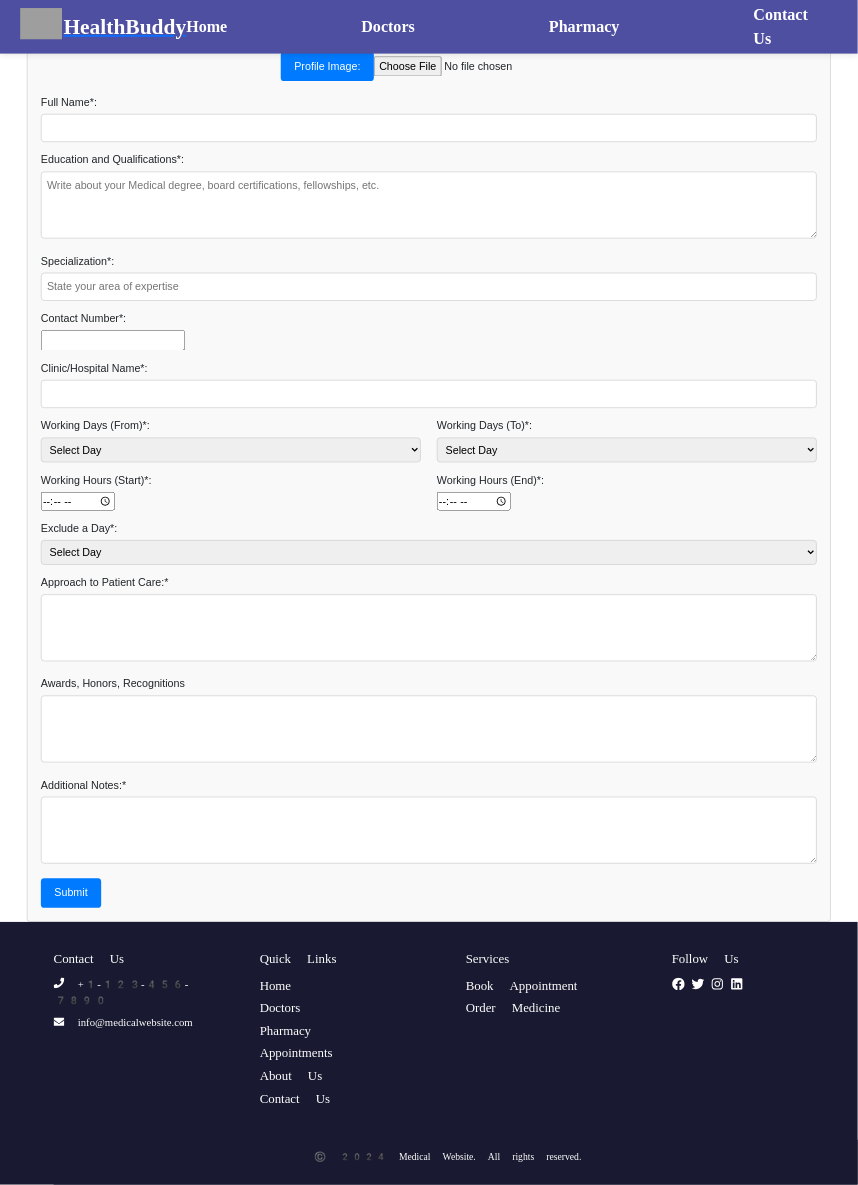
Repository: WajihaGul/MedicalApp-Frontend
Page: /ViewDoctorProfile
These files come from the project's save history. The page is drawn as it stood at one moment and after the next save; the edit follows.
The browser window is 1280 px wide. The pictures show the whole page, at 67% of full size.
Pictures or frames that could not be fetched are drawn as grey boxes. The project was rebuilt for these pictures with package versions that can differ from the ones it lists, and the page was loaded fresh each time. Also part of the build but not shown: vite.config.js, src/index.css, src/App.css, src/Components/Accomplishments/Accomplishments.module.css, src/Components/Accomplishments/Accomplishments.jsx, src/Components/Experience/Experience.module.css, src/Components/Experience/Experience.jsx, src/Components/LandingPage/LandingPage.module.css and 47 more.

Above is the page before, as saved 2024-06-09 14:23:23.

### public/index.html
<!DOCTYPE html>
<html lang="en">
  <head>
    <meta charset="utf-8" />
    <link rel="icon" href="%PUBLIC_URL%/favicon.ico" />
    <meta name="viewport" content="width=device-width, initial-scale=1" />
    <meta name="theme-color" content="#000000" />
    <meta
      name="description"
      content="Web site created using create-react-app"
    />
    <link rel="apple-touch-icon" href="%PUBLIC_URL%/logo192.png" />

    <link rel="manifest" href="%PUBLIC_URL%/manifest.json" />

    <title>Health Buddy</title>

    <!-- Bootstrap CSS -->

    <link href="https://cdn.jsdelivr.net/npm/bootstrap@5.3.3/dist/css/bootstrap.min.css" rel="stylesheet">
  </head>
  <body>
    <noscript>You need to enable JavaScript to run this app.</noscript>
    <div id="root"></div>

  </body>
</html>

### src/index.js
import React from "react";
import ReactDOM from "react-dom/client";
import "./index.css";
import "bootstrap/dist/css/bootstrap.min.css";
import { Auth0Provider } from "@auth0/auth0-react";
import App from "./App";

const root = ReactDOM.createRoot(document.getElementById("root"));
root.render(
  <Auth0Provider
    domain="dev-0g3c3dxmqjxyqw2c.us.auth0.com"
    clientId="oMzUGa6dYetqfOyrTVNkJyeCd189p4oL"
    authorizationParams={{
      redirect_uri: window.location.origin,
    }}
  >
    <App />
  </Auth0Provider>
);

### src/Components/Layout/Layout.jsx
import React from "react";
import Navbar from "../NavigationBar/Navbar";
import Footer from "../Footer/Footer";

const Layout = ({ children }) => {
  return (
    <div>
      <Navbar />
      <main>{children}</main>
      <Footer />
    </div>
  );
};

export default Layout;

### src/Pages/ViewDoctorProfile.jsx
import DoctorProfile from "../Components/DoctorProfile/DoctorProfile";
// import DoctorProfile from "../Components/DoctorProfile/DoctorProfile";

const ViewDoctorProfile = () => {
  return <DoctorProfile />;
};
export default ViewDoctorProfile;

### src/Components/NavigationBar/Navbar.jsx
import styles from "./Navbar.module.css";
import { useAuth0 } from "@auth0/auth0-react";
import { Link } from "react-router-dom";
import React, { useState, useEffect } from "react";
import { Modal, Button, Form } from "react-bootstrap";

const Navbar = () => {
  const { loginWithRedirect, isAuthenticated, logout } = useAuth0();
  const [isLoggedIn, setIsLoggedIn] = useState(false);
  const [showModal, setShowModal] = useState(false);
  const [email, setEmail] = useState("");
  const [password, setPassword] = useState("");
  const [storedEmail, setStoredEmail] = useState(
    localStorage.getItem("email") || ""
  );
  const [storedPassword, setStoredPassword] = useState(
    localStorage.getItem("password") || ""
  );

  useEffect(() => {
    if (storedEmail && storedPassword) {
      setIsLoggedIn(true);
    }
  }, [storedEmail, storedPassword]);

  const handleLogin = () => {
    setShowModal(true);
  };

  const handleLogout = () => {
    setIsLoggedIn(false);
    localStorage.removeItem("email");
    localStorage.removeItem("password");
  };

  const handleLoginSubmit = () => {
    const hashedPassword = btoa(password); // Basic encoding, use a proper hashing method in production
    localStorage.setItem("email", email);
    localStorage.setItem("password", hashedPassword);
    setStoredEmail(email);
    setStoredPassword(hashedPassword);
    setIsLoggedIn(true);
    setShowModal(false);
  };

  return (
    <>
      <nav className={styles.container}>
        <div className={styles.logo}>
          <img
            className={styles.nav_img}
            src="https://cdn.icon-icons.com/icons2/1465/PNG/512/588hospital_100778.png"
            alt="logo"
          />
          <Link to="/" className={styles.nav_head_link}>
            <h1 className={styles.nav_head}>HealthBuddy</h1>
          </Link>
        </div>
        <div className={styles.navLinks}>
          <div className={styles.allnav}>
            <Link className={styles.navLinksColor} to="/">
              Home
            </Link>
            <Link className={styles.navLinksColor} to="/doctors">
              Doctors
            </Link>
            {/* <Link className={styles.navLinksColor} to="/Pharmacy">
              Pharmacy
            </Link> */}
            <Link className={styles.navLinksColor} to="/search-medicine">
              Pharmacy
            </Link>
            <Link className={styles.navLinksColor} to="/contact">
              Contact Us
            </Link>

            {/* <Link className={styles.navLinksColor} to="/ViewPatienProfile">
            Patient Profile
  </Link> */}
          </div>
          <div id="navbarNav">
            <ul className="navbar-nav ml-auto">
              {isLoggedIn || isAuthenticated ? (
                <li>
                  <button
                    className={styles.customButton}
                    onClick={() => {
                      handleLogout();
                      logout({ returnTo: window.location.origin });
                    }}
                  >
                    Log Out
                  </button>
                </li>
              ) : (
                <li>
                  <button className={styles.customButton} onClick={handleLogin}>
                    Log In
                  </button>
                </li>
              )}
            </ul>
          </div>
        </div>

        <Modal
          show={showModal}
          onHide={() => setShowModal(false)}
          dialogClassName="modal-dialog-centered"
          contentClassName="custom-modal-content"
        >
          <Modal.Header closeButton>
            <Modal.Title>Login</Modal.Title>
          </Modal.Header>
          <Modal.Body>
            <Form.Group>
              <Form.Label>Email</Form.Label>
              <Form.Control
                type="email"
                placeholder="Enter email"
                value={email}
                onChange={(e) => setEmail(e.target.value)}
              />
            </Form.Group>
            <Form.Group>
              <Form.Label>Password</Form.Label>
              <Form.Control
                type="password"
                placeholder="Password"
                value={password}
                onChange={(e) => setPassword(e.target.value)}
              />
            </Form.Group>
            <Button
              style={{ margin: "8px" }}
              variant="primary"
              onClick={handleLoginSubmit}
            >
              Login
            </Button>
            <Button
              variant="primary"
              onClick={() => loginWithRedirect()}
              style={{ margin: "8px" }}
            >
              Login With Google
            </Button>
          </Modal.Body>
        </Modal>
      </nav>
    </>
  );
};

export default Navbar;

### src/Components/Footer/Footer.jsx
import React from "react";
import styles from "./Footer.module.css";
import {
  FaPhone,
  FaEnvelope,
  FaFacebook,
  FaTwitter,
  FaInstagram,
  FaLinkedin,
} from "react-icons/fa";

const Footer = () => {
  return (
    <>
      <footer className={styles.footer}>
        <div className={styles.container}>
          <div className={styles.footer_grid}>
            <div className={styles.footer_item}>
              <h3>Contact Us</h3>
              <p>
                <FaPhone /> +1-123-456-7890
              </p>
              <p>
                <FaEnvelope /> info@medicalwebsite.com
              </p>
            </div>
            <div className={styles.footer_item}>
              <h3>Quick Links</h3>
              <ul>
                <li>
                  <a href="#home">Home</a>
                </li>
                <li>
                  <a href="#doctors">Doctors</a>
                </li>
                <li>
                  <a href="#pharmacy">Pharmacy</a>
                </li>
                <li>
                  <a href="#appointments">Appointments</a>
                </li>
                <li>
                  <a href="#about">About Us</a>
                </li>
                <li>
                  <a href="#contact">Contact Us</a>
                </li>
              </ul>
            </div>
            <div className={styles.footer_item}>
              <h3>Services</h3>
              <ul>
                <li>
                  <a href="#appointment">Book Appointment</a>
                </li>
                <li>
                  <a href="#pharmacy-order">Order Medicine</a>
                </li>
              </ul>
            </div>
            <div className={styles.footer_item}>
              <h3>Follow Us</h3>
              <ul className={styles.social_icons}>
                <li>
                  <a href="https://facebook.com">
                    <FaFacebook />
                  </a>
                </li>
                <li>
                  <a href="https://twitter.com">
                    <FaTwitter />
                  </a>
                </li>
                <li>
                  <a href="https://instagram.com">
                    <FaInstagram />
                  </a>
                </li>
                <li>
                  <a href="https://linkedin.com">
                    <FaLinkedin />
                  </a>
                </li>
              </ul>
            </div>
          </div>
        </div>
        <div className={styles.footer_bottom}>
          <div className={styles.container}>
            <p>
              &copy; {new Date().getFullYear()} Medical Website. All rights
              reserved.
            </p>
          </div>
        </div>
      </footer>
    </>
  );
};

export default Footer;

### src/Components/DoctorProfile/DoctorProfile.jsx
import React, { useState } from "react";
import { Button } from "react-bootstrap";
import styles from "./DoctorProfile.module.css";

const DoctorProfile = ({ addEditPharmacyText }) => {
  const [imageUpload, handleImageUpload] = useState("");
  const [fullName, setFullName] = useState("");
  const [specialization, setSpecialization] = useState("");
  const [education, setEducation] = useState("");
  const [contactNumber, setContactNumber] = useState("");
  const [clinicName, setClinicName] = useState("");
  const [fromDay, setFromDay] = useState("");
  const [toDay, setToDay] = useState("");
  const [startTime, setStartTime] = useState("");
  const [endTime, setEndTime] = useState("");
  const [excludeDay, setExcludeDay] = useState("");
  const [awards, setAwards] = useState("");
  const [patientCareApproach, setPatientCareApproach] = useState("");
  const [practiceValues, setPracticeValues] = useState("");
  const [additionalNotes, setAdditionalNotes] = useState("");

  const handleSubmit = (e) => {
    e.preventDefault();
    console.log({
      imageUpload,
      fullName,
      specialization,
      education,
      contactNumber,
      clinicName,
      fromDay,
      toDay,
      startTime,
      endTime,
      excludeDay,
      awards,
      patientCareApproach,
      additionalNotes,
    });
  };

  return (
    <div className={styles.container}>
      <h1 className={styles.dhead1}>Doctor's Profile</h1>
      <div className={styles.profile_image_container}>
        <label className={styles.upload_label} htmlFor="profileImage">
          Profile Image:
        </label>
        <input
          type="file"
          id="profileImage"
          accept="image/*"
          Restrict
          the
          input
          to
          accept
          only
          image
          files
          onChange={(e) => handleImageUpload(e.target.files[0])}
          Call
          a
          function
          to
          handle
          the
          image
          upload
        />
      </div>

      <form onSubmit={handleSubmit}>
        <div className={styles.form_group}>
          <label htmlFor="fullName">
            Full Name<span>*</span>:
          </label>
          <input
            type="text"
            id="fullName"
            value={fullName}
            onChange={(e) => setFullName(e.target.value)}
            required
          />
        </div>
        <div className={styles.form_group}>
          <label>
            Education and Qualifications<span>*</span>:
          </label>
          <textarea
            type="text"
            id="education"
            placeholder="Write about your Medical degree, board certifications, fellowships, etc."
            value={education}
            onChange={(e) => setEducation(e.target.value)}
            required
          />
        </div>

        <div className={styles.form_group}>
          <label htmlFor="specialization">
            Specialization<span>*</span>:
          </label>
          <input
            type="text"
            id="specialization"
            value={specialization}
            placeholder="State your area of expertise"
            onChange={(e) => setSpecialization(e.target.value)}
            required
          />
        </div>
        <div className={styles.form_group}>
          <label htmlFor="contactNumber">
            Contact Number<span>*</span>:
          </label>
          <input
            type="tel"
            id="contactNumber"
            value={contactNumber}
            onChange={(e) => setContactNumber(e.target.value.replace(/\D/, ""))} // Remove non-numeric characters
            onKeyPress={(e) => {
              const isValidInput = /\d/.test(e.key); // Test if the pressed key is a digit
              if (!isValidInput) {
                e.preventDefault(); // Prevent the default action if it's not a digit
              }
            }}
            pattern="[0-9]{10}"
            minLength="10"
            maxLength="10"
            required
          />
        </div>

        <div className={styles.form_group}>
          <label htmlFor="clinicName">
            Clinic/Hospital Name<span>*</span>:
          </label>
          <input
            type="text"
            id="clinicName"
            value={clinicName}
            onChange={(e) => setClinicName(e.target.value)}
            required
          />
        </div>
        <div className={styles.form_group}>
          <div className="row">
            <div className="col-md-6">
              <label htmlFor="fromDay">
                Working Days (From)<span>*</span>:
              </label>
              <select
                id="fromDay"
                value={fromDay}
                onChange={(e) => setFromDay(e.target.value)}
                required
              >
                <option value="">Select Day</option>
                <option value="Monday">Monday</option>
                <option value="Tuesday">Tuesday</option>
                <option value="Wednesday">Wednesday</option>
                <option value="Thursday">Thursday</option>
                <option value="Friday">Friday</option>
                <option value="Saturday">Saturday</option>
                <option value="Sunday">Sunday</option>
              </select>
            </div>
            <div className="col-md-6">
              <label htmlFor="toDay">
                Working Days (To)<span>*</span>:
              </label>
              <select
                id="toDay"
                value={toDay}
                onChange={(e) => setToDay(e.target.value)}
                required
              >
                <option value="">Select Day</option>
                <option value="Monday">Monday</option>
                <option value="Tuesday">Tuesday</option>
                <option value="Wednesday">Wednesday</option>
                <option value="Thursday">Thursday</option>
                <option value="Friday">Friday</option>
                <option value="Saturday">Saturday</option>
                <option value="Sunday">Sunday</option>
              </select>
            </div>
          </div>
        </div>
        <div className={styles.form_group}>
          <div className="row">
            <div className="col-md-6">
              <label htmlFor="startTime">
                Working Hours (Start)<span>*</span>:
              </label>
              <input
                type="time"
                id="startTime"
                value={startTime}
                onChange={(e) => setStartTime(e.target.value)}
                required
              />
            </div>
            <div className="col-md-6">
              <label htmlFor="endTime">
                Working Hours (End)<span>*</span>:
              </label>
              <input
                type="time"
                id="endTime"
                value={endTime}
                onChange={(e) => setEndTime(e.target.value)}
                required
              />
            </div>
          </div>
        </div>
        <div className={styles.form_group}>
          <label htmlFor="excludeDay">
            Exclude a Day<span>*</span>:
          </label>
          <select
            id="excludeDay"
            value={excludeDay}
            onChange={(e) => setExcludeDay(e.target.value)}
            required
          >
            <option value="">Select Day</option>
            <option value="Monday">Monday</option>
            <option value="Tuesday">Tuesday</option>
            <option value="Wednesday">Wednesday</option>
            <option value="Thursday">Thursday</option>
            <option value="Friday">Friday</option>
            <option value="Saturday">Saturday</option>
            <option value="Sunday">Sunday</option>
          </select>
        </div>
        <div className={styles.form_group}>
          <label htmlFor="patientCareApproach">
            Approach to Patient Care:
            <span>*</span>
          </label>
          <textarea
            id="patientCareApproach"
            required
            value={patientCareApproach}
            onChange={(e) => setPatientCareApproach(e.target.value)}
          ></textarea>
        </div>
        <div className={styles.form_group}>
          <label htmlFor="awards">Awards, Honors, Recognitions</label>
          <textarea
            id="awards"
            value={awards}
            onChange={(e) => setAwards(e.target.value)}
          ></textarea>
        </div>

        <div className={styles.form_group}>
          <label htmlFor="additionalNotes">
            Additional Notes:<span>*</span>
          </label>
          <textarea
            id="additionalNotes"
            value={additionalNotes}
            onChange={(e) => setAdditionalNotes(e.target.value)}
            required
          ></textarea>
        </div>
        <Button className={styles.submit_btn} type="submit" variant="primary">
          Submit
        </Button>
      </form>
    </div>
  );
};

export default DoctorProfile;

### src/Components/NavigationBar/Navbar.module.css
nav {
  position: fixed;
  top: 0;
  left: 0;
  width: 100%;
  display: flex;
  justify-content: space-between;
  align-items: center;
  height: 80px;
  padding: 0 30px;
  background-color: #4f4fa1;
  box-shadow: 0px 4px 10px rgba(0, 0, 0, 0.1);
  z-index: 10;
}

.allnav {
display: flex;
align-items: center;
gap: 200px;
margin-right: 190px;
}

.navLinks {
display: flex;
gap: 53px;
list-style-type: none;
margin: 0;
padding: 0;
font-size: x-large;
box-sizing: border-box;
font-family: cursive;
font-weight: 800;
text-decoration: none !important;
}
.navLinksColor {
color: white;
}
.navLinks a{
text-decoration: none !important;
}
.navbar-item {
position: relative;
}


.navbar-item a {
text-decoration: none !important;
color: #fff;
font-weight: bold;
padding: 15px 20px;
border-radius: 10px;
transition: background-color 0.3s ease;
}


.navbar-item a:hover {
background-color: rgba(255, 255, 255, 0.2); /* Semi-transparent background on hover */
}

.customButton {
background-color: #f0f1ff;
  border: none;
  font-family: cursive;
  color: #2259b1;
  padding: 0px 32px;
  text-align: center;
  text-decoration: none;
  display: inline-block;
  margin: 4px 2px;
  cursor: pointer;
  border-radius: 4px;
  transition-duration: 0.4s;
  font-size: x-large;
  height: 54px;
  font-weight: 700;
}

.btn-primary.btn-lg:hover {
transform: scale(1.05); /* Scale button on hover */
}

.logo {
display: flex;
align-items: center;
}

.nav_img {
height: 47px;
margin-right: 20px;
margin-top: -9px;
margin-right: 14px;
}

.nav_head {
font-size: 2.5rem;
margin-left: -12px;
color:#ffffff;
font-family: cursive;
margin-bottom: 1px;
font-weight: 800;
font-size: xx-large;
}
/* Navbar.module.css */
.custom-modal-content {
height: 500px; /* Increase the height as needed */
}

/* Center the modal vertically */
.modal-dialog-centered {
display: flex;
align-items: center;
min-height: calc(100% - 1rem);
}

### src/Components/Footer/Footer.module.css
.footer {
  background-color: #191931;
    padding-top: 43px;
    padding-left: 25px;
    font-family: emoji;
    color: white;
    display: flex;
    flex-direction: column;
    justify-content: space-between;
    height: 100%;
    padding-left: 80px;
    font-size: larger;
}

.footer .container {
  justify-content: space-between;
  color: white;
}

.footer_grid {
  color: white;
  display: grid;
  grid-template-columns: repeat(4, 1fr);
  grid-gap: 30px;
}

.footer_item {
  color: white;
  margin-bottom: 30px;
}

.footer_item h3 {
  color: white;
  font-size: 1.2rem;
  margin-bottom: 15px;
  color: white;
}

.footer_item p {
  color: white;
  font-size: 1rem;
  margin-bottom: 10px;
}

.footer_item ul {
  color: white;
  list-style-type: none;
  padding: 0;
}

.footer_item ul li {
  margin-bottom: 5px;
  color: white;
}

.footer_item ul li a {
  color: #333;
  text-decoration: none;
  color: white;
}

.footer_item ul li a:hover {
  color: #007bff;
}

.social_icons {
  display: flex;
  padding: 0;
  color: white;
}

.social_icons li {
  margin-right: 10px;
  color: white;
}

.social_icons li:last-child {
  margin-right: 0;
  color: white;
}

.social_icons a {
  color: white;
  font-size: 1.2rem;
  text-decoration: none;
}

.social_icons a:hover {
  color: #007bff;
}

.footer_bottom {
  background-color:  #191931;
  padding: 15px 0;
  color: white;
  text-align: center;
}

.footer_bottom p {
  margin-left: -23px;
  font-size: 0.9rem;
  color: white;
}

### src/Components/DoctorProfile/DoctorProfile.module.css
.container {
  width: 1200px;
  margin: 0 auto;
  padding: 20px;
  background-color: #f9f9f9;
  border: 1px solid #ccc;
  border-radius: 5px;
  font-family: Arial, sans-serif;
}
.dhead1{
  padding-left: 420px;
  padding-right: 420px;
}
.profile_image_container {
  text-align: center;
  margin-bottom: 20px;
}
.upload_label {
  display: inline-block;
  cursor: pointer;
  padding: 10px 20px;
  background-color: #007bff;
  color: #fff;
  border-radius: 5px;
}
.form_group {
  margin-bottom: 15px;
}

.form_group label {
  display: block;
  margin-bottom: 5px;
}

.form_group input[type="text"],
.form_group textarea,
.form_group input[type="number"],
.form_group select {
  width: 100%;
  padding: 8px;
  border: 1px solid #ccc;
  border-radius: 5px;
  box-sizing: border-box;
}

.form_group textarea {
  height: 100px;
}
.submit_btn {
  background-color: #007bff;
  color: #fff;
  padding: 10px 20px;
  border: none;
  border-radius: 5px;
  font-size: 16px;
  cursor: pointer;
}

.submit_btn:hover {
  background-color: #0056b3;
}

Loaded but not shown: src/App.js (71 lines, source omitted)

After the next save:
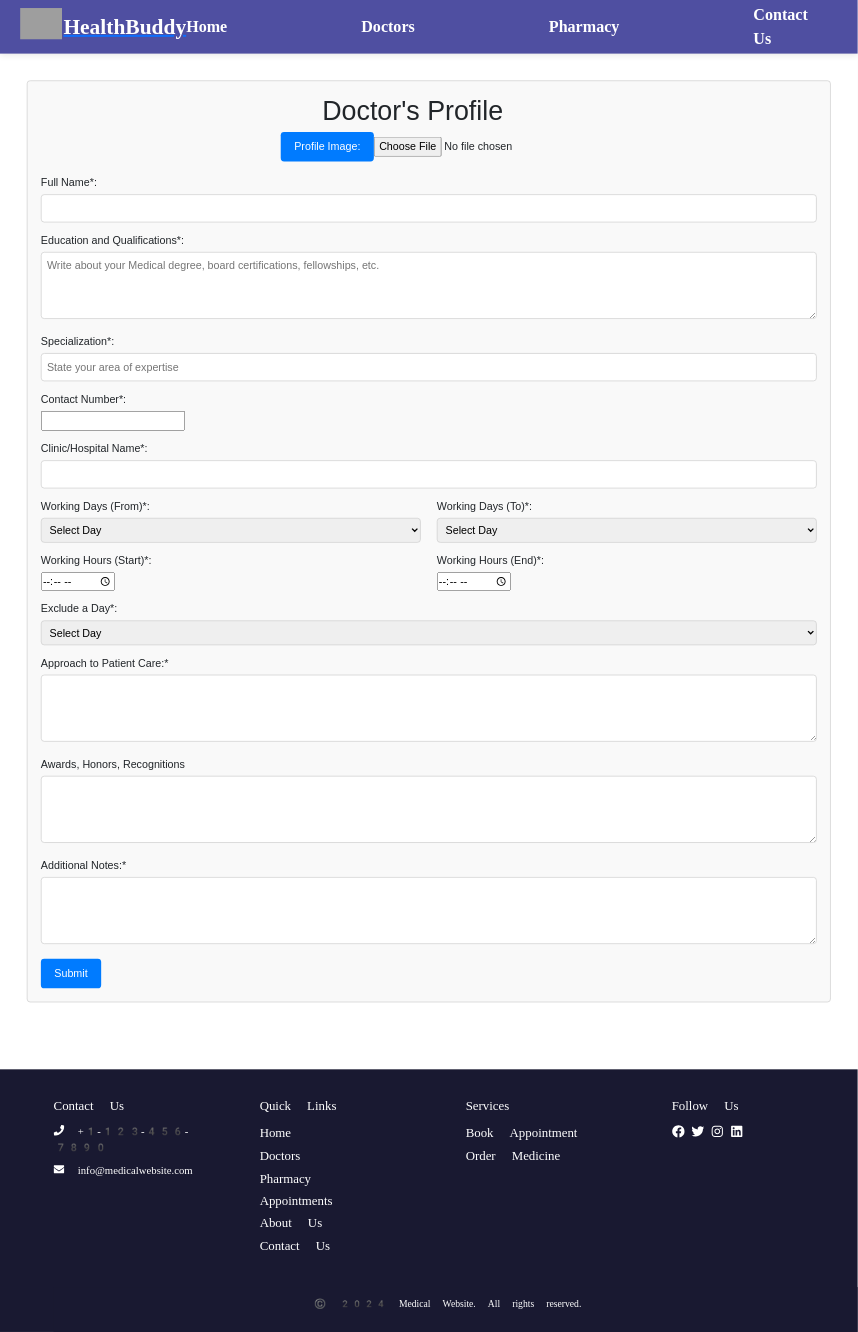
Saved 2 min 29 s later.
--- a/src/Components/DoctorProfile/DoctorProfile.module.css
+++ b/src/Components/DoctorProfile/DoctorProfile.module.css
@@ -6,6 +6,8 @@
   border: 1px solid #ccc;
   border-radius: 5px;
   font-family: Arial, sans-serif;
+  margin-top: 120px;
+  margin-bottom: 100px;
 }
 .dhead1{
   padding-left: 420px;
